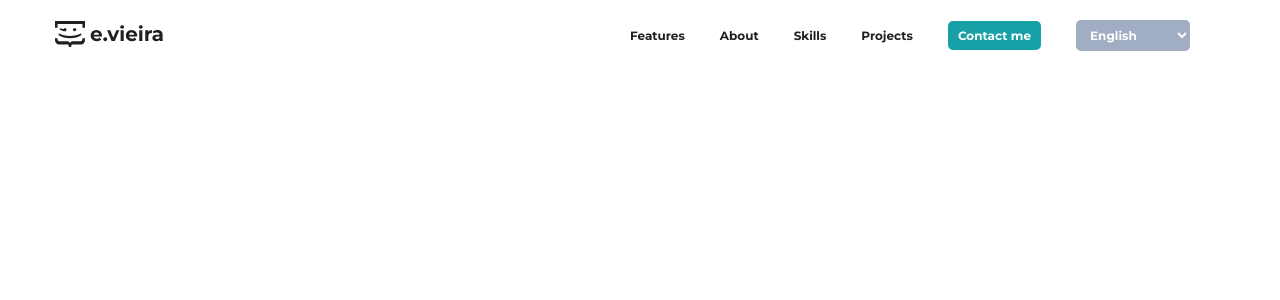
Repository: elissandrovieira/portfolio
Page: /
The author's editor kept a copy of each file at every save. The page is drawn from the files as they stood at one save, then again after the next save.
The browser window is 1280 px wide. The pictures show the whole page.
The project was rebuilt for these pictures with package versions that can differ from the ones it lists, and the page was loaded fresh each time. The framework's server and built-in components were replaced by stand-ins that run in the browser. Also part of the build but not shown: next.config.js.

Above is the page before, as saved 2023-02-10 00:15:34.

### src/pages/_app.js
import '@/styles/globals.css'
import Head from 'next/head'

export default function App({ Component, pageProps }) {
  return (
    <>
      <Head>
        <title>Eli Vieira Portfolio</title>
        <meta name="viewport" content="width=device-width, initial-scale=1" />
        <link rel="icon" href="/favicon.ico" />
      </Head>
      <Component {...pageProps} />
    </>
  )
}

### src/pages/index.js
import TemplateDefault from '../templates/Default'

export default function Home() {
  return (
    <TemplateDefault>


    </TemplateDefault>
  )
}

### src/styles/globals.css
@import url('https://fonts.googleapis.com/css2?family=Montserrat:wght@400;700;900&display=swap');

*{
  margin: 0;
  padding: 0;
  box-sizing: border-box;
}

body{
  font-family: 'Montserrat', sans-serif;
  color: #1F2022;
}

### src/templates/Default.js
import Header from '../components/Header'

const Default = ({ children }) => {

  return (
    <>
      <Header />
      {children}
    </>
  )
}

export default Default

### src/components/Header.js
import Image from 'next/image'
import Link from 'next/link'
import styled from 'styled-components'

const Container = styled.div`
  display: flex;
  align-items: center;
  justify-content: space-between;
  max-width: 1170px;
  margin: 20px auto 0 auto;
`
const Menu = styled.ul`
  display: flex;
  align-items: center;
  font-size: 12px;
  font-weight: 700;
`
const MenuLinks = styled.li`
  list-style: none;
  margin-right: 35px;
  cursor: pointer;
`
const ContactBtn = styled.button`
background-color: #17A1A6;
font-family: 'Montserrat', sans-serif;
font-size: 12px;
font-weight: 700;
color: white;
padding: 7px 10px;
border: none;
border-radius: 5px;
cursor: pointer;

`
const Languages = styled.select`
background-color: #A1ADC3;
font-family: 'Montserrat', sans-serif;
font-size: 12px;
font-weight: 700;
color: white;
padding: 7px 10px;
border: none;
border-radius: 5px;
cursor: pointer;
`

const Header = () => {
  console.log(Languages.value)
  return (
    <Container className="mainContainer">
      <Link href="/">
        <Image
        src="/logo.svg"
        alt="eli.vieira logo"
        width={109}
        height={26}
        />
      </Link>
      <nav>
        <Menu>
          <Link href="#features" legacyBehavior>
            <MenuLinks>Features</MenuLinks>
          </Link>
          <Link href="#about" legacyBehavior>
            <MenuLinks>About</MenuLinks>
          </Link>
          <Link href="#skills" legacyBehavior>
            <MenuLinks>Skills</MenuLinks>
          </Link>
          <Link href="#projects" legacyBehavior>
            <MenuLinks>Projects</MenuLinks>
          </Link>
          <Link href="#contact" legacyBehavior>
            <MenuLinks>
              <ContactBtn>Contact me</ContactBtn>
            </MenuLinks>
          </Link>
          <MenuLinks>
            <Languages>
              <option value="en">English</option>
              <option value="pt">Portuguese</option>
            </Languages>
          </MenuLinks>

        </Menu>
      </nav>
    </Container>
  )
}

export default Header

Loaded but not shown: src/pages/_document.js (common file)

After the next save:
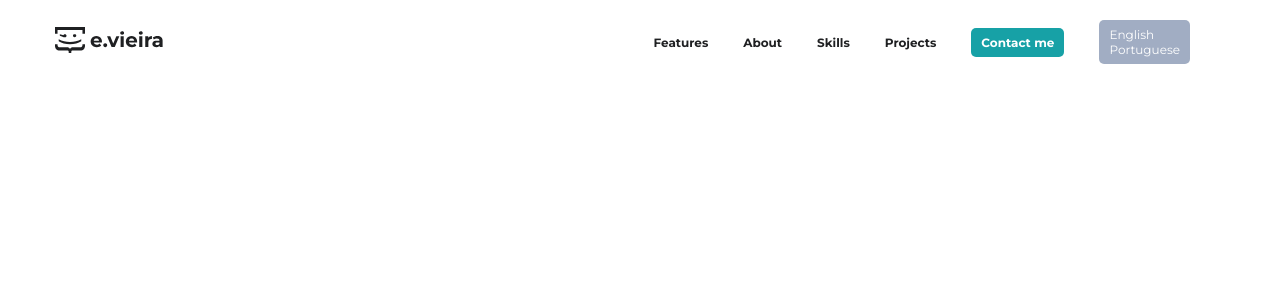
Saved 100 s later.
--- a/src/components/Header.js
+++ b/src/components/Header.js
@@ -32,7 +32,7 @@
 cursor: pointer;
 
 `
-const Languages = styled.select`
+const Languages = styled.div`
 background-color: #A1ADC3;
 font-family: 'Montserrat', sans-serif;
 font-size: 12px;
